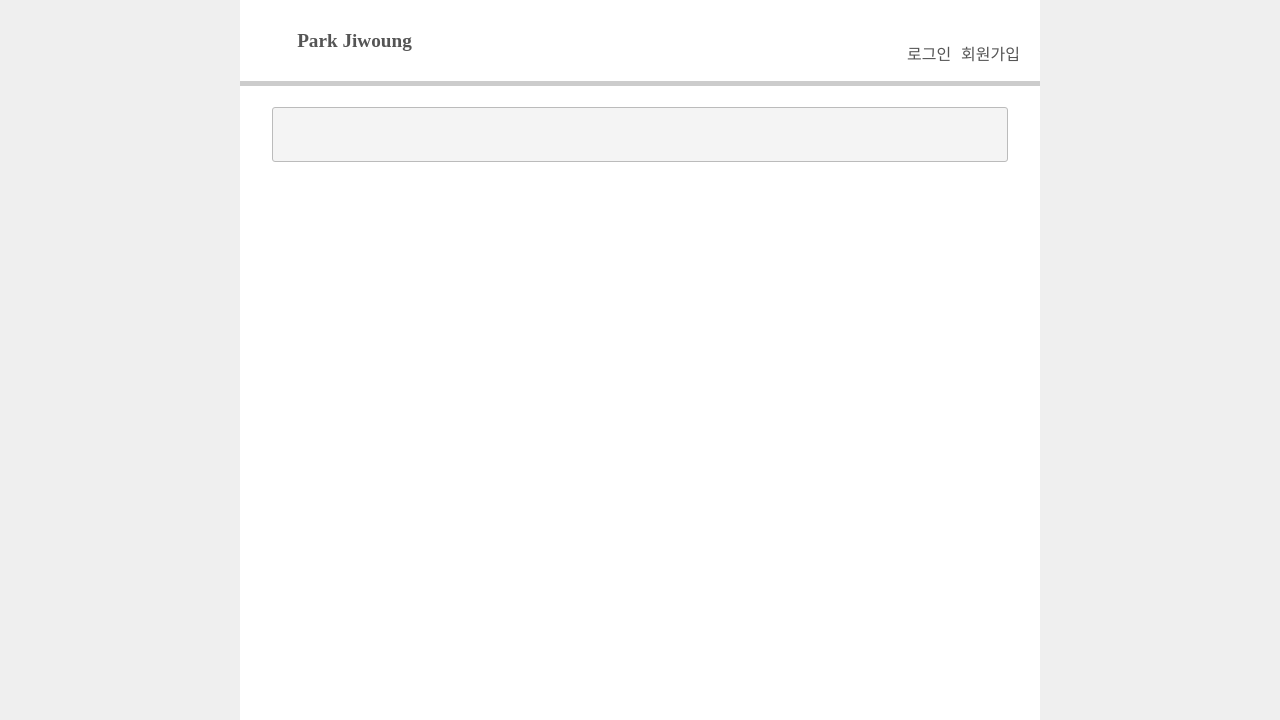
Repository: park-jiwoong/webClass
Page: http://localhost/jspPro/days02/kEnik_integer.jsp
An editor plug-in stored every save of this project. The page is shown before and after the next save, followed by the edit.
The browser window is 1280 px wide. The pictures show the whole page.
Some web fonts or font styles are not loaded; a fallback is used. The page is served by Tomcat 9. Other server files are loaded and not shown.

Above is the page before, as saved 2025-05-22 01:49:21.

### webPro/src/main/webapp/JSPClass/jspPro/src/main/webapp/days02/kEnik_integer.jsp
<%@ page contentType="text/html; charset=UTF-8" pageEncoding="UTF-8"%>
<!DOCTYPE html>
<html>
<head>
<meta charset="UTF-8">
<meta name="viewport" content="width=device-width, initial-scale=1.0">
<link rel="shortcut icon" type="image/x-icon" href="http://localhost/jspPro/images/SiSt.ico">
<title>2025. 5. 21. 오전 10:31:44</title>
<script src="https://ajax.googleapis.com/ajax/libs/jquery/3.7.1/jquery.min.js"></script>
<link rel="stylesheet" href="http://localhost/jspPro/resources/cdn-main/example.css">
<script src="http://localhost/jspPro/resources/cdn-main/example.js"></script>
	<style>
 	span.material-symbols-outlined{
    vertical-align: text-bottom;
 	}
	</style>
</head>
<body>
<header>
    <h1 class="main"><a href="#" style="position: absolute;top:30px;">Park Jiwoung</a></h1>
    <ul>
        <li><a href="#">로그인</a></li>
        <li><a href="#">회원가입</a></li>
    </ul>
</header>
<div>
    <xmp class="code">
    </xmp>
</div>
</body>
</html>

### webPro/src/main/webapp/JSPClass/jspPro/src/main/webapp/resources/cdn-main/example.css
@charset "UTF-8";

@import url('https://fonts.googleapis.com/css2?family=Material+Symbols+Outlined:opsz,wght,FILL,GRAD@20..48,100..700,0..1,-50..200');

@font-face {
    font-family: 'GmarketSansMedium';
    src: url('https://cdn.jsdelivr.net/gh/projectnoonnu/noonfonts_2001@1.1/GmarketSansMedium.woff') format('woff');
    font-weight: normal;
    font-style: normal;
}

:root {
	--text-color: #555;
	--sub-text-color: #777;
	--back-color: #EFEFEF;
	--header-color: #444;
	--primary-color: #DEDEDE;
	--secondary-color: #EFEFEF;
	--default-width: 800px;
	--narrow-width: 500px;
	--wide-width: 1200px;
	--text-font: 'GmarketSansMedium';
	--icon-font: 'Material Symbols Outlined';
	--border-color: #CCC;
}

html, body {
	margin: 0;
	padding: 0;
}

html {
	background-color: var(--back-color);
	display: flex;
	justify-content: center;
	min-height: 100vh;
}

body, body.default {
	width: var(--default-width);
	background-color: white;
	padding-bottom: 120px;
}

body.wide {
	width: var(--wide-width);
}

body.narrow {
	width: var(--narrow-width);
}



body, p, div, span, a, input, select, option, textarea, button, table, th, td, label, fieldset, legend {
	font-family: var(--text-font);
	color: var(--text-color);
}

h1, h2, h3 {
	font-family: var(--text-font);
	color: var(--header-color);
	padding: 0 1rem;
	padding-top: .5rem;
}

div > h1, div > h2, div > h3 {
	padding: 0;
}

body > div, body > main > div {
	padding: 0.3rem 1rem;
}


h1 { font-size: 2rem; border-bottom: 1px solid var(--border-color); }
h1 small { font-size: 1.2rem; color: var(--sub-text-color); }
h2 { font-size: 1.5rem; border-bottom: 1px dashed var(--border-color); }
h2 small { font-size: 1.1rem; color: --sub-text-color; }
h3 { font-size: 1.2rem; }
h3 small { font-size: 1rem; color: --sub-text-color; }



h1.main::before {
	font-family: var(--icon-font);
  	content: '\e666';
  	margin-right: 10px;
  	float: left;
	font-size: 2.5rem;
}

h1.sub::before {
	font-family: var(--icon-font);
  	content: '\ea19';
  	margin-right: 10px;
  	float: left;
	font-size: 2.5rem;
}


h1.page::before {
	font-family: var(--icon-font);
  	content: '\e0e0';
  	margin-right: 10px;
  	float: left;
	font-size: 2.5rem;
}

body > header > ul > li > .active{
	background-color: #FFF;
	color:#F00;
}

body > header {
	display: flex;
	justify-content: space-between;
	border-bottom: 5px solid var(--border-color);
	min-height: 74px;
	background-color: #FFF;
}

body > header.sticky {
	position: sticky;
	top: 0;
	z-index: 98;
}

body > header > h1 {
	font-size: 1.2rem;
	border: 0;
}

body > header.in > h1::before {
	font-family: var(--icon-font);
  	content: '\e332‥';
  	margin-right: 3px;
  	float: left;
	font-size: 2rem;
}


body > header > ul {
	list-style-type: none;
	display: flex;
	align-items: flex-end;
	margin-right: 10px;
}

body > header > ul > li {
	margin-right: 10px;
	cursor: pointer;
}

body > header > ul > li > a {
	cursor: pointer;
}


form {
	display: block;
}

form > div {
	padding: 0.3rem 1rem;
}

div > form > div {
	padding: 0.3rem 0;
}

input, textarea, button, select {
	border: 1px solid #BBB;
	border-radius: 3px;
	outline: none;
	resize: none;
	padding: 7px;
	margin: 0;
}

input[type=text]:read-only, textarea:read-only {
	cursor: not-allowed;
	background-color: #FFF;
}

input[type=text]:disabled, textarea:disabled {
	cursor: not-allowed;
	background-color: #EEE;
}

input[type=text], input[type=password], textarea, button, select {
	/* width: 300px; */
}

textarea {
	display: block;
	height: 100px;
}

input[type=button], input[type=submit], button {
	/* width: inherit; */
}

input.short, textarea.short, button.short, select.short {
	width: 100px;
}

input.long, textarea.long, button.long, select.long {
	width: 350px;
}

.narrow input.long, .narrow textarea.long, .narrow button.long, .narrow select.long {
	width: calc(100% - 20px);
}

input.full, textarea.full, button.full, select.full {
	width: calc(100% - 20px);
}

textarea.short {
	height: 50px;
}

textarea.long {
	height: 100px;
}

textarea.full {
	height: 200px;
}

input, textarea {
	padding-top: 8px;
}

input[type=button], input[type=submit], button {
	padding: 5px 10px;
	background-color: var(--secondary-color);
	cursor: pointer;
	min-height: 36px;
}

input[type=button].primary, input[type=submit].primary, button.primary {
	/* background-color: rgba(100, 149, 237, .2); */
	background-color: var(--primary-color);
}

input[type=button].primary:hover, input[type=submit].primary:hover, button.primary:hover {
	/* background-color: rgba(100, 149, 237, .3); */
	background-color: var(--secondary-color);
}

input[type=button]:hover, input[type=submit]:hover, button:hover {
	background-color: var(--primary-color);
}

button {
	position: relative;
	left: 0;
	top: 0;
	padding-left: 35px;
}

button .material-symbols-outlined {
	position: absolute;
	left: 10px;
	top: 4px;
}

/* k2nik add */
button.login::before {
	font-family: var(--icon-font);
  	content: '\ea77';
	position: absolute;
	left: 11px;
	top: 4px;
	font-size: 1.25rem;
}

/* k2nik logout */
button.logout::before {
	font-family: var(--icon-font);
  	content: '\e9ba';
	position: absolute;
	left: 11px;
	top: 4px;
	font-size: 1.25rem;
}

/* k2nik help */
button.help::before {
	font-family: var(--icon-font);
  	content: '\f1c0';
	position: absolute;
	left: 11px;
	top: 4px;
	font-size: 1.25rem;
}

button.add::before{
	font-family: var(--icon-font);
  	content: '\e746';
	position: absolute;
	left: 11px;
	top: 4px;
	font-size: 1.25rem;
}

button.back::before {
	font-family: var(--icon-font);
  	content: '\e166';
	position: absolute;
	left: 11px;
	top: 4px;
	font-size: 1.25rem;
}

button.list::before {
	font-family: var(--icon-font);
  	content: '\e0ee';
	position: absolute;
	left: 11px;
	top: 4px;
	font-size: 1.25rem;
}


button.del::before {
	font-family: var(--icon-font);
  	content: '\e872';
	position: absolute;
	left: 11px;
	top: 4px;
	font-size: 1.25rem;
}

button.alldel::before {
	font-family: var(--icon-font);
  	content: '\e92b';
	position: absolute;
	left: 11px;
	top: 4px;
	font-size: 1.25rem;
}


button.edit::before {
	font-family: var(--icon-font);
  	content: '\e745';
	position: absolute;
	left: 11px;
	top: 4px;
	font-size: 1.25rem;
}


button.login::before {
	font-family: var(--icon-font);
  	content: '\ea77';
	position: absolute;
	left: 11px;
	top: 4px;
	font-size: 1.25rem;
}


button.logout::before {
	font-family: var(--icon-font);
  	content: '\e9ba';
	position: absolute;
	left: 11px;
	top: 4px;
	font-size: 1.25rem;
}


button.in::before {
	font-family: var(--icon-font);
  	content: '\f71a';
	position: absolute;
	left: 11px;
	top: 4px;
	font-size: 1.25rem;
}


button.out::before {
	font-family: var(--icon-font);
  	content: '\f70e';
	position: absolute;
	left: 11px;
	top: 4px;
	font-size: 1.25rem;
}


button.reply::before {
	font-family: var(--icon-font);
  	content: '\e15e';
	position: absolute;
	left: 11px;
	top: 4px;
	font-size: 1.25rem;
}


button.comment::before {
	font-family: var(--icon-font);
  	content: '\e0b9';
	position: absolute;
	left: 11px;
	top: 4px;
	font-size: 1.25rem;
}


button.modal::before {
	font-family: var(--icon-font);
  	content: '\e89e';
	position: absolute;
	left: 11px;
	top: 4px;
	font-size: 1.25rem;
}


button.ok::before {
	font-family: var(--icon-font);
  	content: '\e86c';
	position: absolute;
	left: 11px;
	top: 4px;
	font-size: 1.25rem;
}


button.cancel::before {
	font-family: var(--icon-font);
  	content: '\e5c9';
	position: absolute;
	left: 11px;
	top: 4px;
	font-size: 1.25rem;
}

button.search::before {
	font-family: var(--icon-font);
  	content: '\e8b6';
	position: absolute;
	left: 11px;
	top: 4px;
	font-size: 1.25rem;
}

button.home::before {
	font-family: var(--icon-font);
  	content: '\e88a';
	position: absolute;
	left: 11px;
	top: 4px;
	font-size: 1.25rem;
}


button.sidebar::before {
	font-family: var(--icon-font);
  	content: '\f7e4';
	position: absolute;
	left: 11px;
	top: 4px;
	font-size: 1.25rem;
}


button.sidebar-right::before {
	font-family: var(--icon-font);
  	content: '\f7e5';
	position: absolute;
	left: 11px;
	top: 4px;
	font-size: 1.25rem;
}




button::before {
	font-family: var(--icon-font);
  	content: '\e323';
	position: absolute;
	left: 11px;
	top: 4px;
	font-size: 1.25rem;
}


table {
	border-collapse: collapse;
	margin: 1rem;
	box-sizing: border-box;
	width: calc(100% - 32px);
}

table.content {
	width: auto;
}

div > table {
	margin: 0;
}

table th, table td {
	border: 1px solid var(--border-color);
	padding: 7px;
	font-weight: normal;
}

table th {
	background-color: var(--back-color);
}

table.vertical th {
	width: 150px;
}

table.vertical td {
	width: calc(100% - 182px);
	padding-left: 10px;
}

table.content td, table.content th {
	width: auto;
}

body.narrow table.vertical th {
	width: 100px;
}

body.narrow table.vertical td {
	width: calc(100% - 182px);
}


table + table {
	margin-top: 30px;
}


p {
	padding: 0 1rem;
}

a {
	text-decoration: none;
}

a:hover {
	color: rgba(255, 99, 71, .7);
}

hr {
	border: 0;
	border-top: 1px solid var(--border-color);
	margin: 2rem 0;
}

.message {
	border: 1px solid var(--border-color);
	background-color: #EFEFEF;
	margin: 1rem;
	width: auto;
	padding-top: 10px;
	padding-bottom: 10px;
	font-size: 14px;
}

.message[title]::before {
	content: attr(title);
	display: block;
	border-bottom: 1px solid var(--border-color);
	padding-bottom: 5px;
	margin-bottom: 10px;
	margin-top: 7px;
}

.message.short {
	max-width: 250px;
}

.message.long {
	max-width: 500px;
}

.badge {
	float: right;
	font-size: .8rem;
	margin-top: 2px;
	margin-right: 2px;
	text-shadow: 0 0 7px gray;
}

.badge.left {
	float: none;
	margin-left: 2px;
}

.badge.right {
	float: right;
}

.badge.red {
	border-radius: 50%;
	padding: 2px 5px;
	background-color: rgb(255, 99, 71, .3);
}

.badge.yellow {

	border-radius: 50%;
	padding: 2px 5px;
	background-color: rgb(255, 215, 0, .5);
}

.badge.blue {
	border-radius: 50%;
	padding: 2px 5px;
	background-color: rgb(100, 149, 237, .3);
}

label + label {
	margin-left: 7px;
}

label input[type=checkbox], label input[type=radio] {
	transform: translate(0, 1px);
}

.group {
	display: flex;
}

.modal-content .group {
	margin-bottom: .5rem;
}

.group label {
	border: 1px solid #BBB;
	border-radius: 3px;
	outline: none;
	resize: none;
	padding: 7px 14px;
	margin: 0;
	border-top-right-radius: 0;
	border-bottom-right-radius: 0;
	background-color: #EFEFEF;
	white-space: nowrap;
	font-size: 14px;
}

.group input[type=text] {
	margin-left: -1px;
	border-top-left-radius: 0;
	border-bottom-left-radius: 0;
}

.group select {
	margin-left: -1px;
	border-top-left-radius: 0;
	border-bottom-left-radius: 0;
}

.group input.full[type=text] {
	margin-left: -1px;
	border-top-left-radius: 0;
	border-bottom-left-radius: 0;
	width: 100%;
}

.group input[type=button]:first-child, .group button:first-child {
	border-top-left-radius: 3px;
	border-bottom-left-radius: 3px;
	margin-left: 0px;
}

.group input[type=button], .group button {
	border-radius: 0;
	margin-left: -1px;
}

.group input[type=button]:last-child, .group button:last-child {
	margin-left: -1px;
	border-top-right-radius: 3px;
	border-bottom-right-radius: 3px;
}

.seperate {
	display: flex;
	justify-content: space-between;
}

div.list {
	width: max-content;
	margin: 1rem;
	border: 1px solid #BBB;
	border-radius: 3px;
	padding: 0;
}

div.list.full {
	width: auto;
	display: block;
	margin: 1rem;
	border: 1px solid #BBB;
	border-radius: 3px;
	padding: 0;
}

div.list > div {
	padding: .5rem 1rem;
	margin: 0;
	border-bottom: 1px solid #BBB;
}

div.list > div:last-child {
	border-bottom: 0;
}

pre.code , xmp.code{
	font-family: consols;
	background-color: rgba(150, 150, 150, .1);
	border: 1px solid #BBB;
	border-radius: 3px;
	padding: .5rem 1rem;
	padding-bottom: .6rem;
	margin: 1rem;
}




*[data-modal-window] {
	position: fixed;
	background-color: rgba(0, 0, 0, .3);
	left: 0;
	top: 0;
	display: none;
	justify-content: center;
	align-items: flex-start;
	width: 100%;
	min-height: 100vh;
	z-index: 100;
	opacity: 0;
	transition: 500ms all;
}

*[data-modal-window] .modal-container {
	border-radius: 5px;
	padding: 1rem;
	padding-bottom: .5rem;
	margin-top: -500px;
	opacity: 0;
	width: 500px;
	background-color: #FFF;
	margin-right: 2rem;
	transition: 500ms all;
}

*[data-modal-size=content] .modal-container {
	width: auto;
}

*[data-modal-size=narrow] .modal-container {
	width: 300px;
}

*[data-modal-size=wide] .modal-container {
	width: 760px;
}


*[data-modal-window] .modal-header {
	border-bottom: 1px solid var(--border-color);
	padding: 2px 5px;
}

*[data-modal-window] .modal-content {
	padding: 1rem 5px;
}

*[data-modal-window] .modal-content div:last-child {
	margin-top: 1rem;
	text-align: right;
}



*[data-sidebar-window] {
	position: fixed;
	background-color: #FFF;
	left: 0;
	top: 0;
	display: block;
	width: 300px;
	border-right: 1px solid var(--border-color);
	box-sizing: border-box;
	box-shadow: 0 0 3px var(--back-color);
	min-height: 100vh;
	z-index: 99;
	transform: translate(-300px, 0);
	transition-duration: 500ms;
	transition-property: transform;
}

*[data-sidebar-direction=right] {
	left: auto;
	right: 0;
	transform: translate(300px, 0);
	border-left: 1px solid var(--border-color);
}

*[data-sidebar-size=wide] {
	width: 500px;
	transform: translate(-500px, 0);
}

*[data-sidebar-window] .sidebar-title {
	border-bottom: 1px solid var(--border-color);
	margin-top: 20px;
	margin-bottom: 20px;
	padding-bottom: 5px;
	display: flex;
	justify-content: space-between;
}

*[data-sidebar-window] .sidebar-title span:last-child {
	cursor: pointer;
}


/* K2Nik pagination */
.center {
  text-align: center;
}

.pagination {
  display: inline-block;
}

.pagination a {
  color: black;
  float: left;
  padding: 3px 6px;
  text-decoration: none;
  transition: background-color .3s;
  border: 1px solid #ddd;
  margin: 0 3px;
}

.pagination a.active {
  background-color: #4CAF50;
  color: white;
  border: 1px solid #4CAF50;
}

.pagination a:hover:not(.active) {background-color: #ddd;}

### webPro/src/main/webapp/JSPClass/jspPro/src/main/webapp/resources/cdn-main/example.js

window.onload = () => {

    const list = document.querySelectorAll('input, textarea');

    list.forEach(item => {
        item.setAttribute('autocomplete', 'off');
    });


    const modal_btn_list = document.querySelectorAll('*[data-modal-button]');

    modal_btn_list.forEach(item => {
        item.onclick = function() {

            const name = this.dataset['modalButton'];
            const modal_window = document.querySelector('*[data-modal-window=' + name);

            const container = document.createElement('div');
            container.className = 'modal-container';



            const modal_header = document.createElement('div');
            modal_header.textContent = modal_window.dataset['modalTitle'];
            modal_header.className = 'modal-header';
            container.appendChild(modal_header);

            const modal_content = document.createElement('div');
            modal_content.className = 'modal-content';
            container.appendChild(modal_content);

            Array.from(modal_window.childNodes).forEach(item => {
                modal_content.appendChild(item);
            });

            modal_window.appendChild(container);

            modal_window.style.display = 'flex';

            setTimeout(() => {
                modal_window.style.opacity = 1;
                container.style.marginTop = '20px';
                container.style.opacity = 1;
            }, 50);


            const modal_ok = document.querySelector('*[data-modal-ok=' + name);
            modal_ok.addEventListener('click', function() {
                modal_window.style.opacity = 0;
                container.style.marginTop = '-500px';
                container.style.opacity = 0;

                setTimeout(() => {
                    modal_window.innerHTML = modal_content.innerHTML;
                    modal_window.style.display = 'none';
                }, 500);

            });

            const modal_cancel = document.querySelector('*[data-modal-cancel=' + name);
            modal_cancel.addEventListener('click', function() {

                modal_window.style.opacity = 0;
                container.style.marginTop = '-500px';
                container.style.opacity = 0;

                setTimeout(() => {
                    modal_window.innerHTML = modal_content.innerHTML;
                    modal_window.style.display = 'none';
                }, 500);
            });


        };
    });


    const sidebar_btn_list = document.querySelectorAll('*[data-sidebar-button]');

    sidebar_btn_list.forEach(item => {
        item.onclick = function() {



            const name = this.dataset['sidebarButton'];
            const sidebar_window = document.querySelector('*[data-sidebar-window=' + name);

            if (sidebar_window.style.transform == 'translate(0px, 0px)') return;



            sidebar_window.style.transform = 'translate(0, 0)';

            const sidebar_title = document.createElement('div');
            sidebar_title.className = 'sidebar-title';
            sidebar_title.innerHTML = '<span>' + sidebar_window.dataset['sidebarTitle'] + '</span><span class="material-symbols-outlined">close</span>';

            sidebar_title.children[1].onclick = function() {

                let sign = 1;
                let distance = 300;

                if (sidebar_window.dataset['sidebarDirection'] != 'right') {
                    sign = -1;
                } else {
                    sign = 1;
                }

                if (sidebar_window.dataset['sidebarSize'] != 'wide') {
                    distance = 300;
                } else {
                    distance = 500;
                }

                distance *= sign;

                sidebar_window.style.transform = 'translate(' + distance + 'px, 0)';

                setTimeout(function() {
                    sidebar_window.removeChild(sidebar_window.children[0]);
                }, 500);
            };


            sidebar_window.prepend(sidebar_title);

        }
    });

};

// window.onkeydown = function(event) {

//     if (event.keyCode == 27) {
//         if (document.querySelector('[data-modal-window').style.display == 'flex') {
//             document.querySelector('[data-modal-window').style.display = 'none';
//         }
//     }

// };

After the next save:
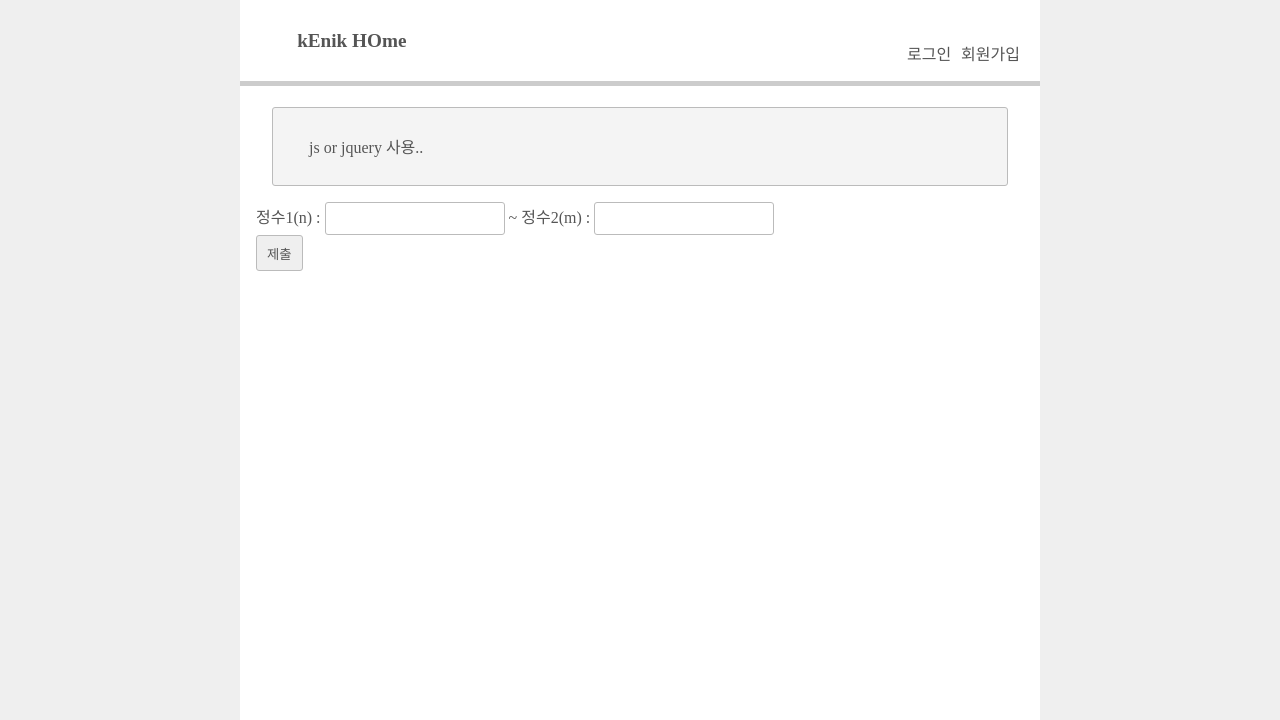
Console error: TypeError: $(...).val(...).select is not a function
Saved 4 s later.
--- a/webPro/src/main/webapp/JSPClass/jspPro/src/main/webapp/days02/kEnik_integer.jsp
+++ b/webPro/src/main/webapp/JSPClass/jspPro/src/main/webapp/days02/kEnik_integer.jsp
@@ -1,31 +1,110 @@
+<%@page import="java.util.Objects"%>
 <%@ page contentType="text/html; charset=UTF-8" pageEncoding="UTF-8"%>
+<%
+   String pN = request.getParameter("n");
+   String pM = request.getParameter("m");
+
+   int n = 0, m = 0;
+   String content = "";
+
+   if(  pN != null && !pN.equals("")
+      &&   pM != null && !pM.equals("") ){
+     n =  Integer.parseInt(pN);
+     m =  Integer.parseInt(pM);
+
+     int min = Math.min(n,m);
+     int max = Math.max(n,m);
+%>
+<%
+     int sum = 0;
+     for(int i = min; i<=max ; i++){
+        content += String.format("%d+", i);
+        sum += i;
+     }
+     content += String.format("=%d", sum);
+   } // if
+%>
 <!DOCTYPE html>
 <html>
 <head>
 <meta charset="UTF-8">
 <meta name="viewport" content="width=device-width, initial-scale=1.0">
 <link rel="shortcut icon" type="image/x-icon" href="http://localhost/jspPro/images/SiSt.ico">
-<title>2025. 5. 21. 오전 10:31:44</title>
+<title>2025. 5. 21. 오후 3:03:40</title>
 <script src="https://ajax.googleapis.com/ajax/libs/jquery/3.7.1/jquery.min.js"></script>
 <link rel="stylesheet" href="http://localhost/jspPro/resources/cdn-main/example.css">
 <script src="http://localhost/jspPro/resources/cdn-main/example.js"></script>
-	<style>
- 	span.material-symbols-outlined{
+<style>
+ span.material-symbols-outlined{
     vertical-align: text-bottom;
- 	}
-	</style>
+ }
+</style>
 </head>
 <body>
 <header>
-    <h1 class="main"><a href="#" style="position: absolute;top:30px;">Park Jiwoung</a></h1>
-    <ul>
-        <li><a href="#">로그인</a></li>
-        <li><a href="#">회원가입</a></li>
-    </ul>
+  <h1 class="main"><a href="#" style="position: absolute;top:30px;">kEnik HOme</a></h1>
+  <ul>
+    <li><a href="#">로그인</a></li>
+    <li><a href="#">회원가입</a></li>
+  </ul>
 </header>
 <div>
-    <xmp class="code">
-    </xmp>
+  <xmp class="code">
+     js or jquery 사용..
+  </xmp>
+
+<form>
+정수1(n) : <input type="text" id="n" name="n"
+  autofocus="autofocus">
+  ~
+정수2(m) : <input type="text" id="m" name="m">
+<br>
+<input type="button" value="제출">
+</form>
+  <br>
+  <p id="demo"><%= content %></p>
+
 </div>
+
+<script>
+  // on(), one(), off()
+  $("#n, #m")
+      .css("text-align", "center")
+      .on({
+          "keydown": function (e){
+             if(
+                   !(
+                   (e.which >=48 && e.which <=57)
+                   || (e.which >=96 && e.which <=105)
+                   || e.which == 13
+                   || e.which == 8
+                   || e.which == 229
+                   )
+               ){
+                alert("숫자만 입력하세요.");
+                e.preventDefault();
+             }
+           }
+             , "keyup": function (e){
+             if (e.which == 13) {
+
+            let n = $(this).val();
+            if( n ) {
+              $(this).next().select();
+            }else{
+               alert("정수 입력하세요 !!!")
+            }
+           } // if
+            } // keyup
+         });
+
+  $(":button").on("click", function (){
+     $("form").submit();
+  });
+
+  $("#n").val(${param.n}).select();
+  $("#m").val(${param.m});
+</script>
+
 </body>
 </html>
